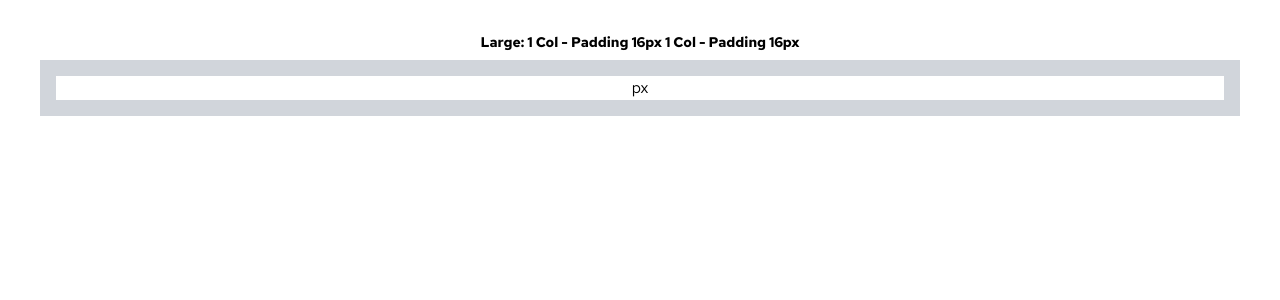
Repository: fabianwurk/vue-tailwind
Page: /
These files come from the project's save history. The page is drawn as it stood at one moment and after the next save; the edit follows.
The browser window is 1280 px wide. The pictures show the whole page.
The project was rebuilt for these pictures with package versions that can differ from the ones it lists, and the page was loaded fresh each time. Also part of the build but not shown: vite.config.js.

Above is the page before, as saved 2021-03-16 23:40:50.
Console error: TypeError: this.innerWidth is not a function

After the next save:
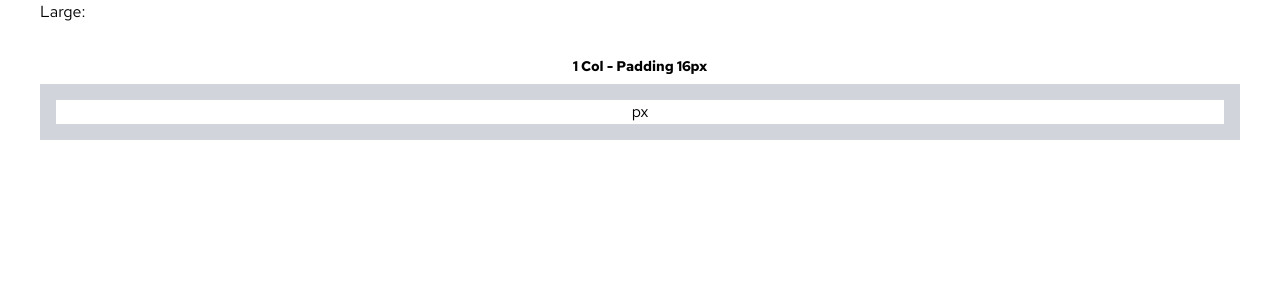
Saved 57 s later.
--- a/src/components/Large.vue
+++ b/src/components/Large.vue
@@ -2,9 +2,9 @@
   <div>
 
     <div class="container mx-auto">
+      <span class="hidden md:hidden lg:inline-block">Large:</span>
       <h2 class="text-sm font-bold mb-2 mt-8 text-center">
-        <span class="hidden md:hidden lg:inline-block">Large:</span> 1 Col - Padding 16px
-        <span class="hidden md:inline-block lg:hidden">Medium:</span> 1 Col - Padding 16px
+        1 Col - Padding 16px
       </h2>
       <div class="flex items-center">
         <div class="w-full bg-gray-300 mb-4 mt-0 py-4 px-4 text-center">

After the 4 saves that followed:
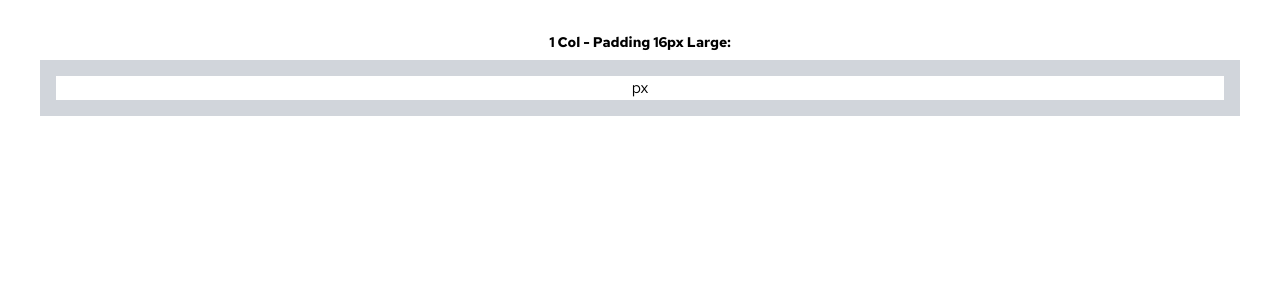
The 4 saves are shown as one change because 3 left the picture as it was.
The last was saved 114 s later.
--- a/src/components/Large.vue
+++ b/src/components/Large.vue
@@ -2,9 +2,9 @@
   <div>
 
     <div class="container mx-auto">
-      <span class="hidden md:hidden lg:inline-block">Large:</span>
       <h2 class="text-sm font-bold mb-2 mt-8 text-center">
         1 Col - Padding 16px
+        <span class="hidden md:hidden lg:inline-block text-center">Large:</span>
       </h2>
       <div class="flex items-center">
         <div class="w-full bg-gray-300 mb-4 mt-0 py-4 px-4 text-center">
